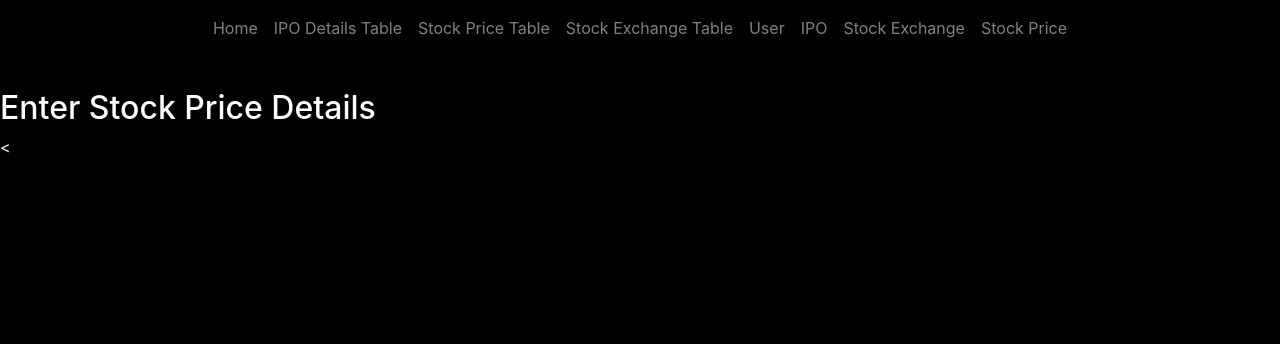
Repository: Gurudutt-S/cts-training
Page: http://localhost/StockExchangeChartingWeb/WEB-INF/views/stockPrices.jsp
The author's editor kept a copy of each file at every save. The page is drawn from the files as they stood at one save, then again after the next save.
The browser window is 1280 px wide. The pictures show the whole page.
The page is served by Tomcat 9. Nobody is signed in. The template is opened directly, without the code that normally fills it, so the values that code supplies are empty.

Above is the page before, as saved 2020-02-13 05:11:35.
Console error (its wording comes from the project's code and is left out).

After the next save:
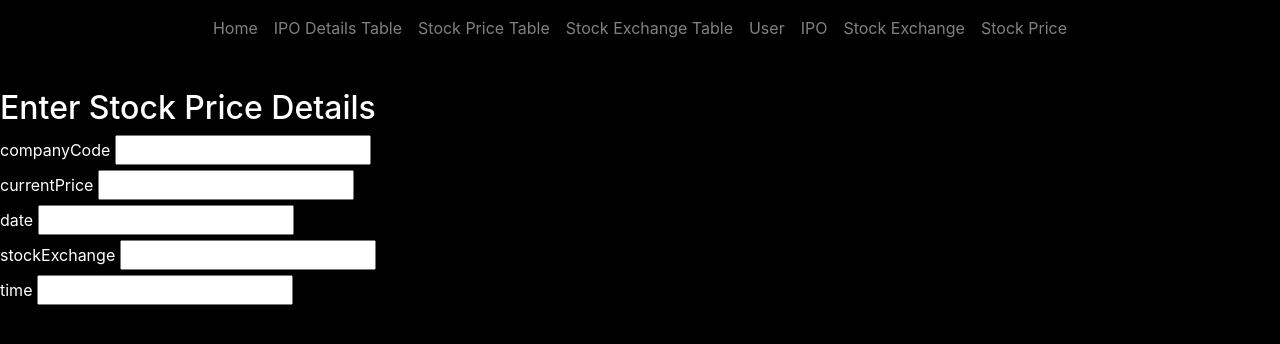
Saved 4 min 47 s later.
--- a/Day_37/StockExchangeChartingWeb/src/main/webapp/WEB-INF/views/stockPrices.jsp
+++ b/Day_37/StockExchangeChartingWeb/src/main/webapp/WEB-INF/views/stockPrices.jsp
@@ -4,11 +4,33 @@
 
 <h2>Enter Stock Price Details</h2>
 
-<<c:url var="stockPriceUrl" value=""> </c:url>
+<c:url var="stockPriceUrl" value=""/>
 
+<div>
 <form:form action="${stockPriceUrl }" modelAttribute="stockPrice">
+	<div>
+		<form:label path="companyCode">companyCode</form:label>
+		<form:input path="companyCode"/>
+	</div>
+	<div>
+		<form:label path="currentPrice">currentPrice</form:label>
+		<form:input path="currentPrice"/>
+	</div>
+	<div>
+		<form:label path="date">date</form:label>
+		<form:input path="date"/>
+	</div>
+	<div>
+		<form:label path="stockExchange">stockExchange</form:label>
+		<form:input path="stockExchange"/>
+	</div>
+	<div>
+		<form:label path="time">time</form:label>
+		<form:input path="time"/>
+	</div>
+</form:form>
 
-</form:form>
+</div>
 
 
 </body>
